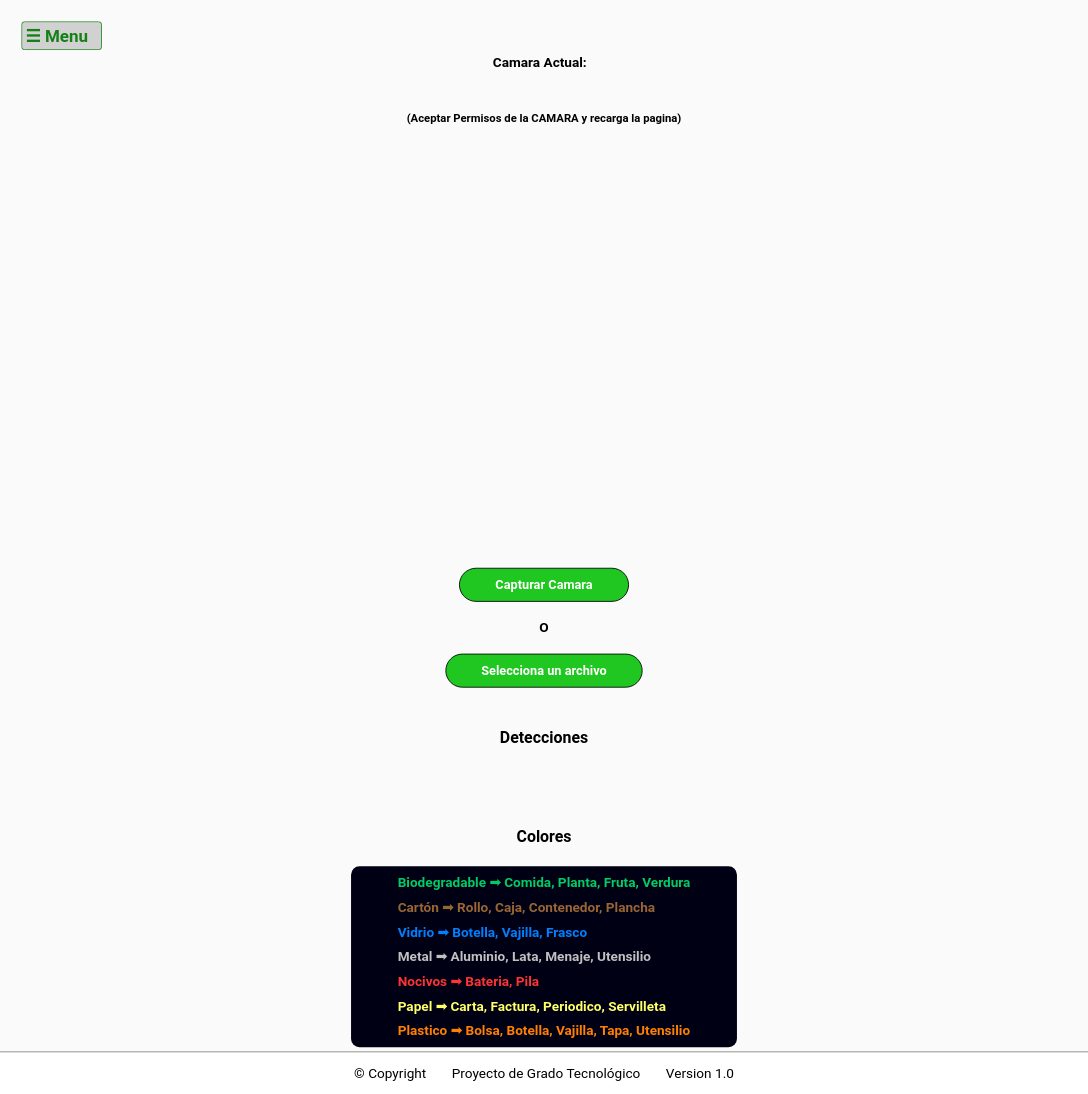
Repository: castecabas/Recicladora
Page: http://localhost/model
The author's editor kept a copy of each file at every save. The page is drawn from the files as they stood at one save, then again after the next save.
The browser window is 1280 px wide. The pictures show the whole page, at 85% of full size.
The pointer rests on the first visible `.btn_openmenu`.
Pictures or frames that could not be fetched are drawn as grey boxes. The page is served by the project's application, run on Flask 3 (src/index.py).

Above is the page before, as saved 2025-01-03 20:29:52.

After the next save:
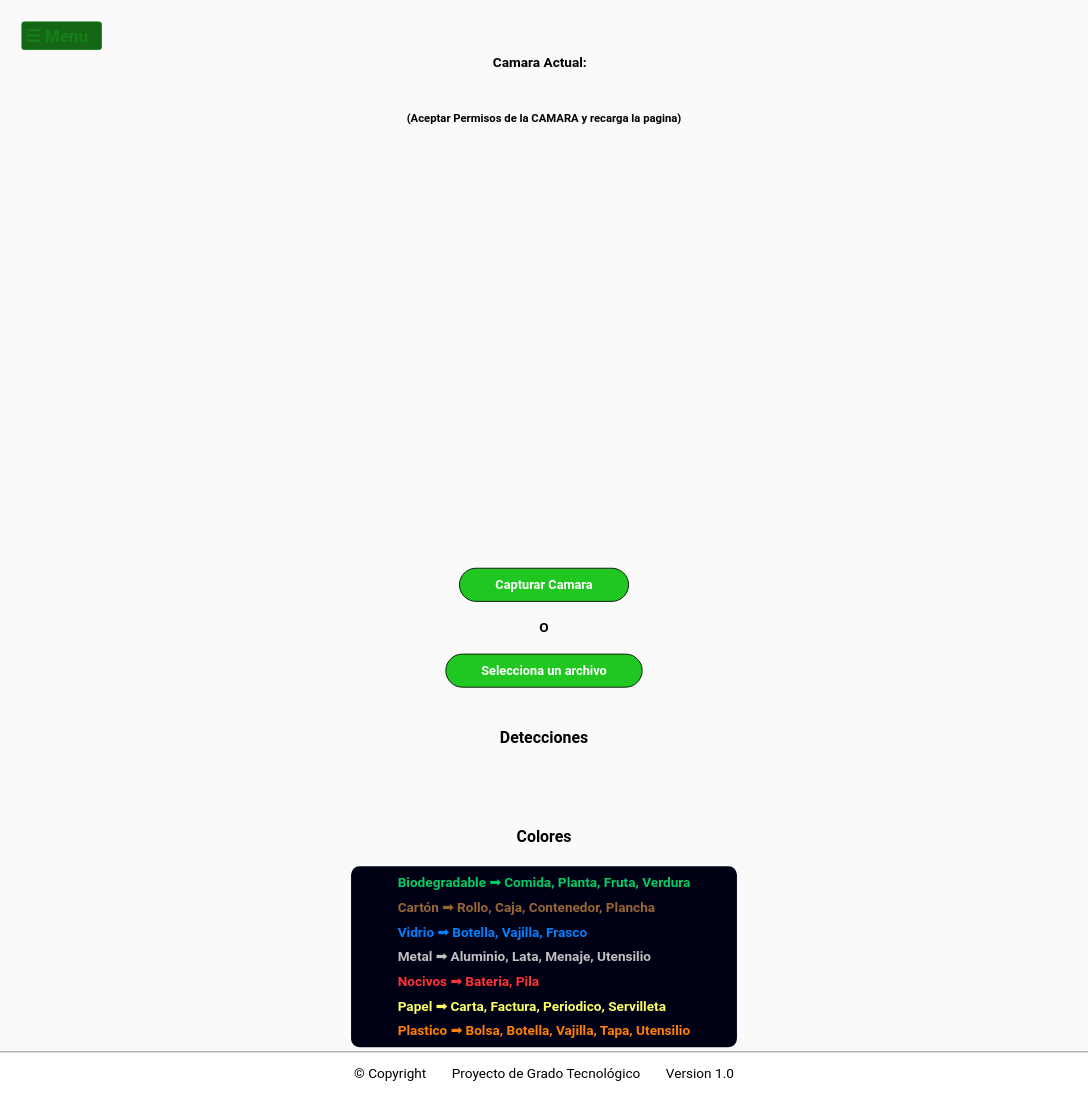
Saved 8 s later.
--- a/src/static/css/model.css
+++ b/src/static/css/model.css
@@ -30,7 +30,7 @@ main {
 }
 
 .btn_openmenu:hover {
-    background-color: #d1d1d1;
+    background-color: var(--verde-800);
 }
 
 .container {
